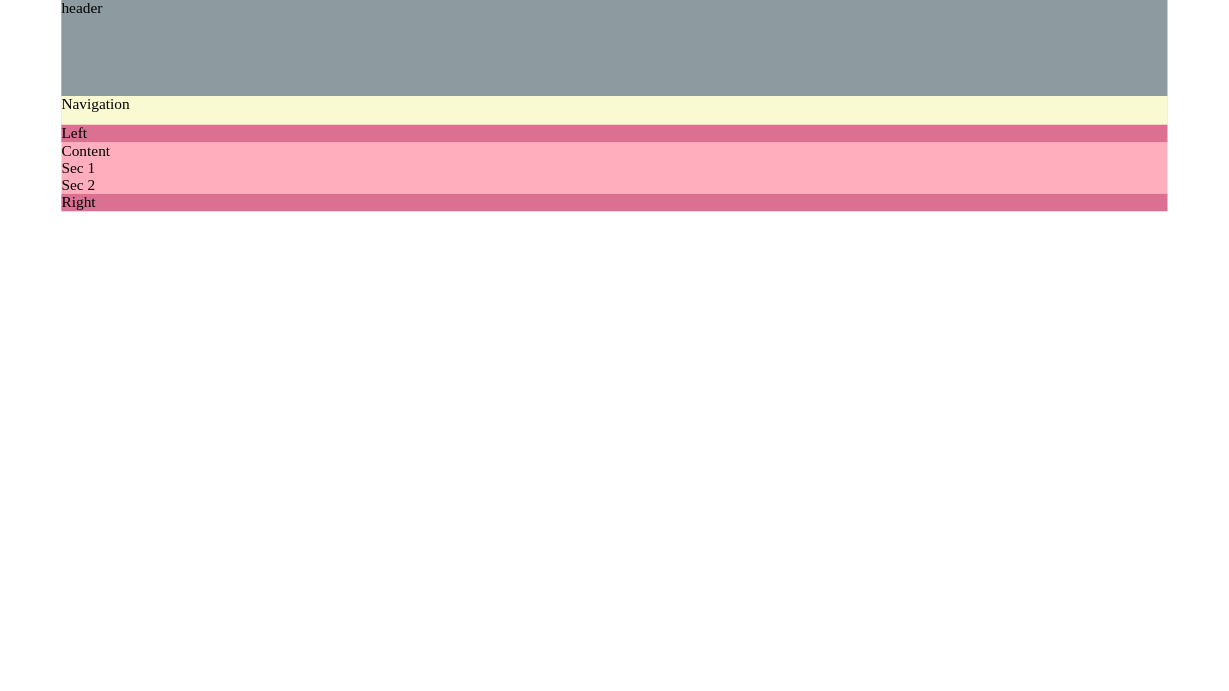
Repository: cvTuananh/Wed-famework
Page: Lab04/lab04/demo04.html
The author's editor kept a copy of each file at every save. The page is drawn from the files as they stood at one save, then again after a run of saves.
The browser window is 1280 px wide. The pictures show the whole page, at 96% of full size.

Above is the page before, as saved 2021-09-28 18:51:55.

After the next 3 saves:
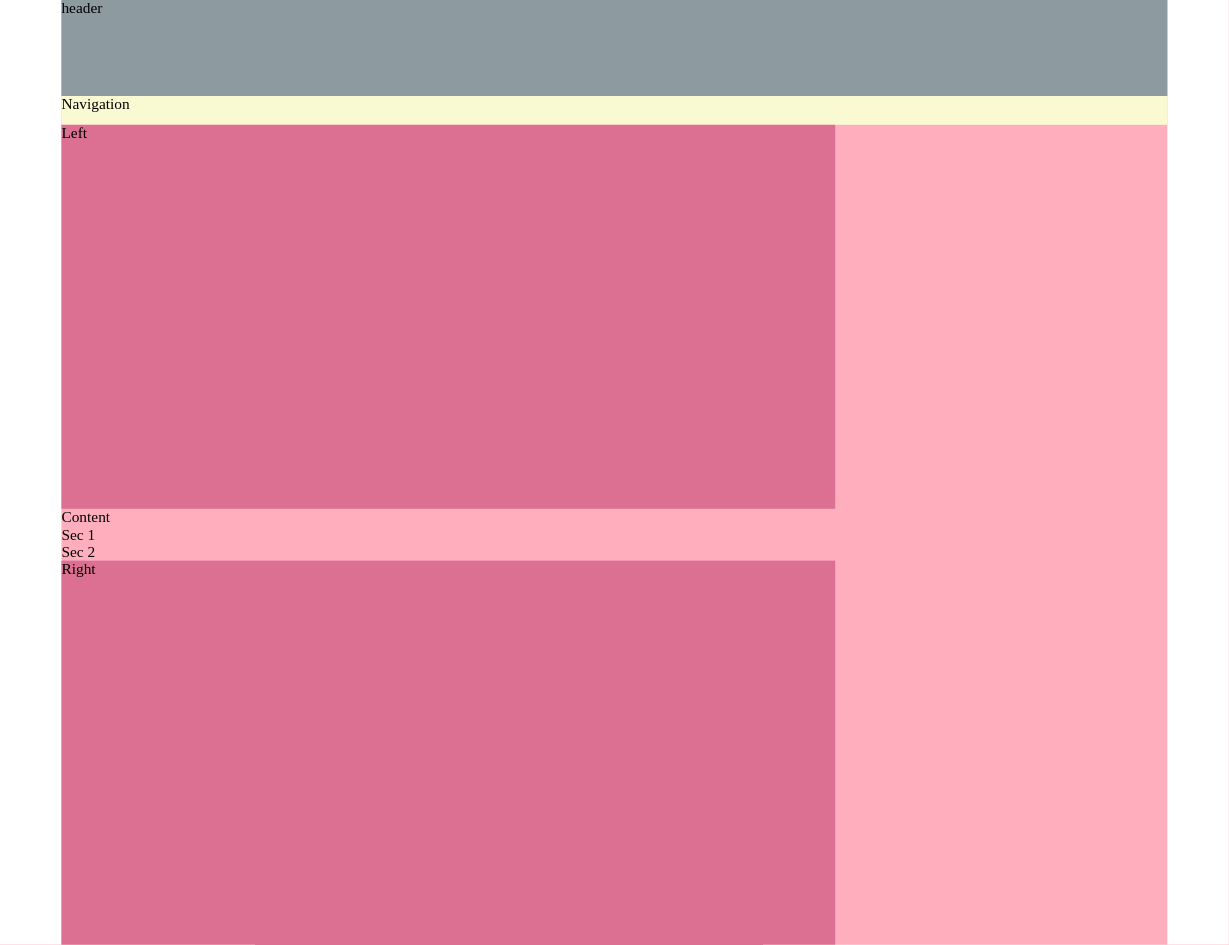
The 3 saves are shown as one change because they came seconds apart.
The last was saved 11 s later.
--- a/Lab04/lab04/demo04.css
+++ b/Lab04/lab04/demo04.css
@@ -20,5 +20,7 @@
 }
 aside{
     background-color: palevioletred;
-    min-height: ;
+    min-height: 400px;
+    width:70%
+
 }
